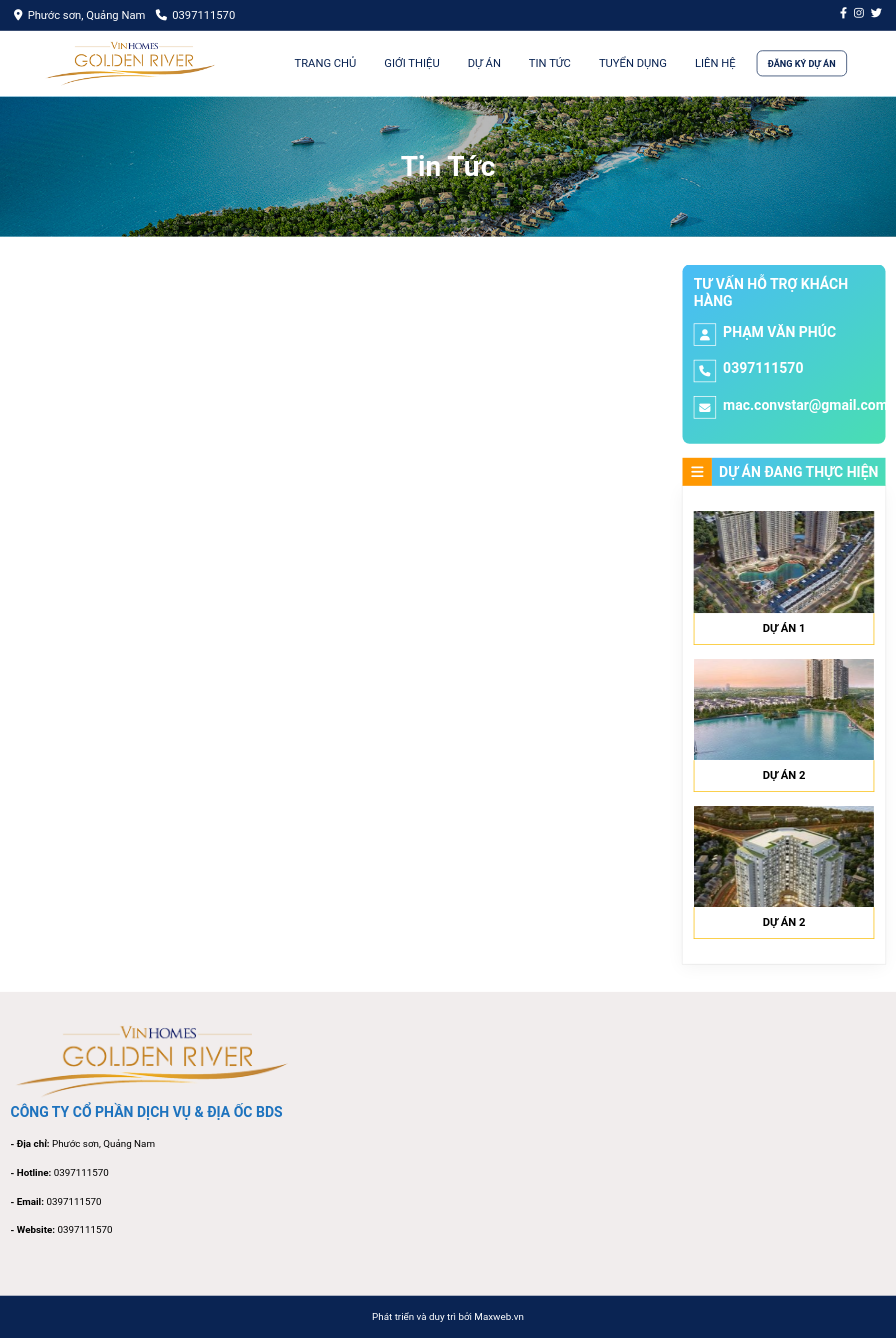
Repository: phamphuc2/fontend-bds
Page: single.html
The author's editor kept a copy of each file at every save. The page is drawn from the files as they stood at one save, then again after the next save.
The browser window is 1280 px wide. The pictures show the whole page, at 70% of full size.
Pictures or frames that could not be fetched are drawn as grey boxes. Some web libraries are served in a nearby version.

Above is the page before, as saved 2022-06-23 16:33:34.

After the next save:
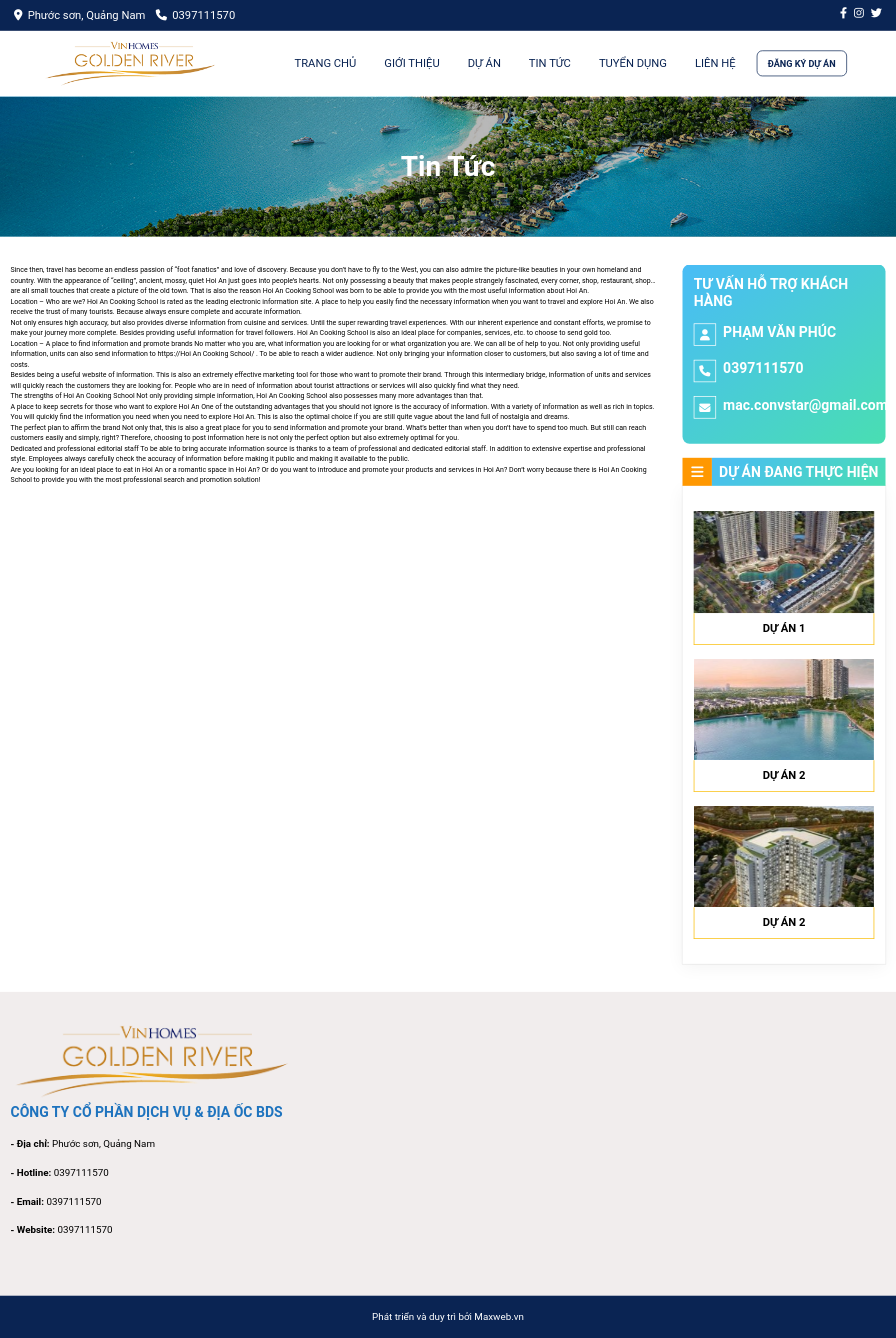
Saved 9 s later.
--- a/single.html
+++ b/single.html
@@ -204,7 +204,83 @@
         <div class="container">
             <div class="row">
                 <div class="col-lg-9">
-
+                    <div class="content">
+                        <p>
+                             Since then, travel has become an endless passion of “foot fanatics” and love of discovery.
+                             Because you don’t have to fly to the West, you can also admire the picture-like beauties in your
+                             own homeland and country. With the appearance of “ceiling”, ancient, mossy, quiet Hoi An just
+                             goes into people’s hearts. Not only possessing a beauty that makes people strangely fascinated,
+                             every corner, shop, restaurant, shop… are all small touches that create a picture of the old
+                             town. That is also the reason Hoi An Cooking School was born to be able to provide you with the
+                             most useful information about Hoi An.
+                        </p>
+
+                        <p>
+                             Location – Who are we?
+                             Hoi An Cooking School is rated as the leading electronic information site. A place to help you
+                             easily find the necessary information when you want to travel and explore Hoi An. We also
+                             receive the trust of many tourists. Because always ensure complete and accurate information.
+                        </p>
+
+                         <p>
+                             Not only ensures high accuracy, but also provides diverse information from cuisine and services.
+                             Until the super rewarding travel experiences. With our inherent experience and constant efforts,
+                             we promise to make your journey more complete. Besides providing useful information for travel
+                             followers. Hoi An Cooking School is also an ideal place for companies, services, etc. to choose
+                             to send gold too.
+                         </p>
+
+                        <p>
+                             Location – A place to find information and promote brands
+                             No matter who you are, what information you are looking for or what organization you are. We can
+                             all be of help to you. Not only providing useful information, units can also send information to
+                             https://Hoi An Cooking School/ . To be able to reach a wider audience. Not only bringing your
+                             information closer to customers, but also saving a lot of time and costs.
+                        </p>
+
+                         <p>
+                             Besides being a useful website of information. This is also an extremely effective marketing
+                             tool for those who want to promote their brand. Through this intermediary bridge, information of
+                             units and services will quickly reach the customers they are looking for. People who are in need
+                             of information about tourist attractions or services will also quickly find what they need.
+                         </p>
+
+                         <p>
+                             The strengths of Hoi An Cooking School
+                             Not only providing simple information, Hoi An Cooking School also possesses many more advantages
+                             than that.
+                         </p>
+
+                        <p>
+                             A place to keep secrets for those who want to explore Hoi An
+                             One of the outstanding advantages that you should not ignore is the accuracy of information.
+                             With a variety of information as well as rich in topics. You will quickly find the information
+                             you need when you need to explore Hoi An. This is also the optimal choice if you are still quite
+                             vague about the land full of nostalgia and dreams.
+                        </p>
+
+                         <p>
+                             The perfect plan to affirm the brand
+                             Not only that, this is also a great place for you to send information and promote your brand.
+                             What’s better than when you don’t have to spend too much. But still can reach customers easily
+                             and simply, right? Therefore, choosing to post information here is not only the perfect option
+                             but also extremely optimal for you.
+                         </p>
+
+                         <p>
+                             Dedicated and professional editorial staff
+                             To be able to bring accurate information source is thanks to a team of professional and
+                             dedicated editorial staff. In addition to extensive expertise and professional style. Employees
+                             always carefully check the accuracy of information before making it public and making it
+                             available to the public.
+                         </p>
+
+                        <p>
+                             Are you looking for an ideal place to eat in Hoi An or a romantic space in Hoi An? Or do you
+                             want to introduce and promote your products and services in Hoi An? Don’t worry because there is
+                             Hoi An Cooking School to provide you with the most professional search and promotion solution!
+                        </p>
+                     </div>
                 </div>
                 <div class="col-lg-3">
                     <div class="sidebar">
